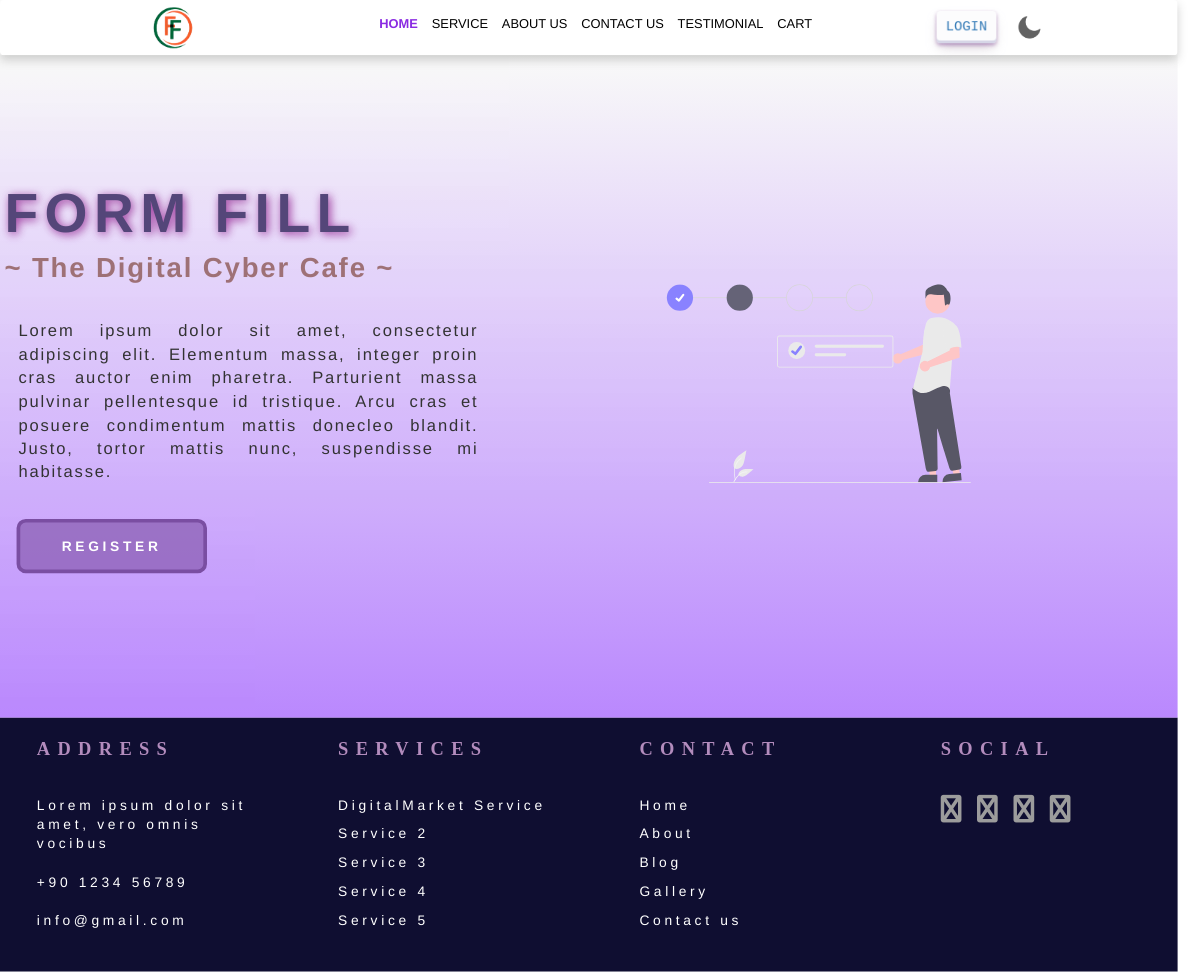
Repository: codervivek5/Formfil
Page: index.html
An editor plug-in stored every save of this project. The page is shown before and after the next save, followed by the edit.
The browser window is 1280 px wide. The page is 1295 px wide, so the pictures cover 1295 px, including what lies to the right of the window. The pictures show the whole page, at 92% of full size.
Some web fonts or font styles are not loaded; a fallback is used.

Above is the page before, as saved 2023-03-04 21:02:07.

After the next save:
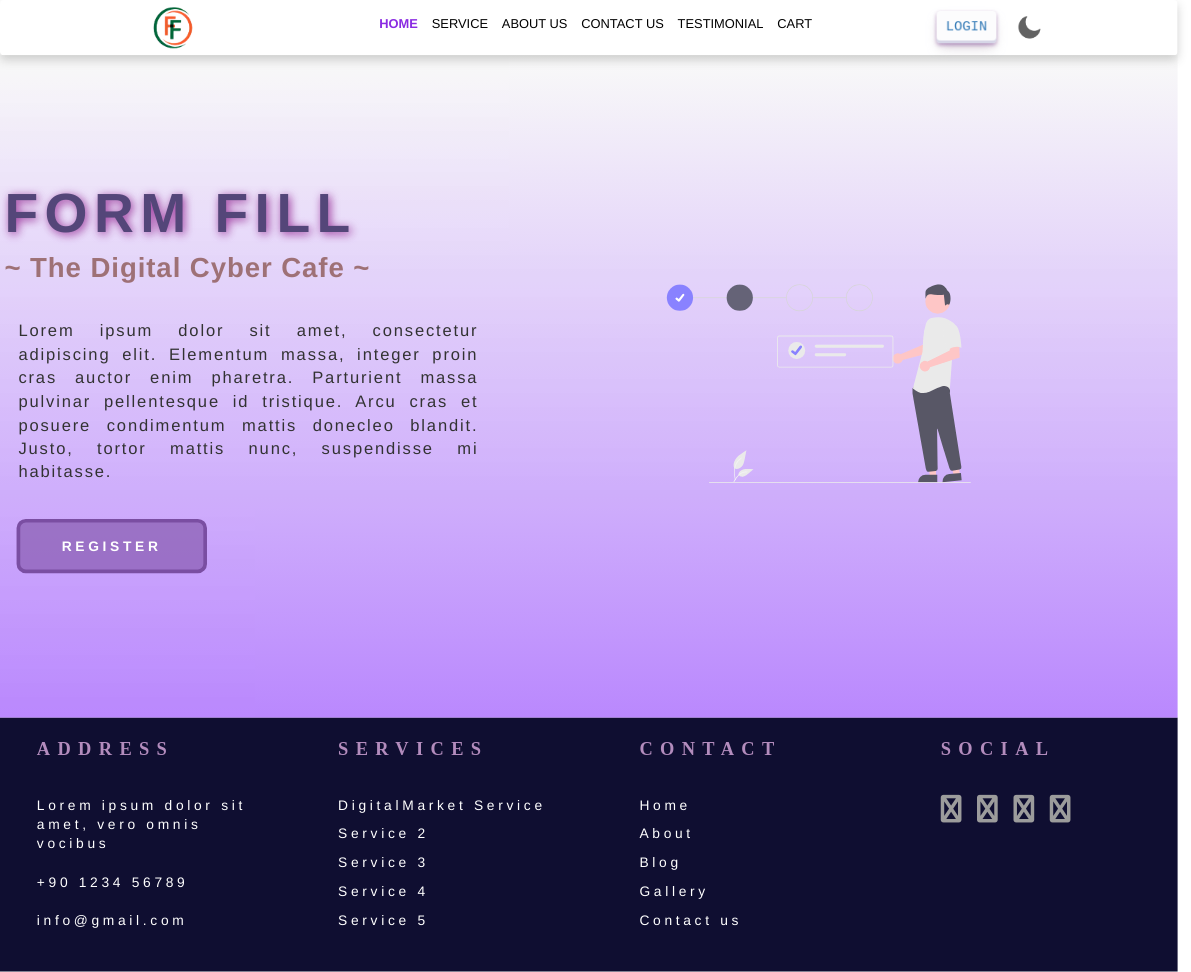
Saved 13 s later.
--- a/style/style.css
+++ b/style/style.css
@@ -212,7 +212,7 @@ overflow-x: hidden;
 	width:100%;
   font-weight: bold;
   margin-top: -1px;
-  letter-spacing: 2px;
+  letter-spacing: 1px;
 }
 .content .para{
   color: black;
